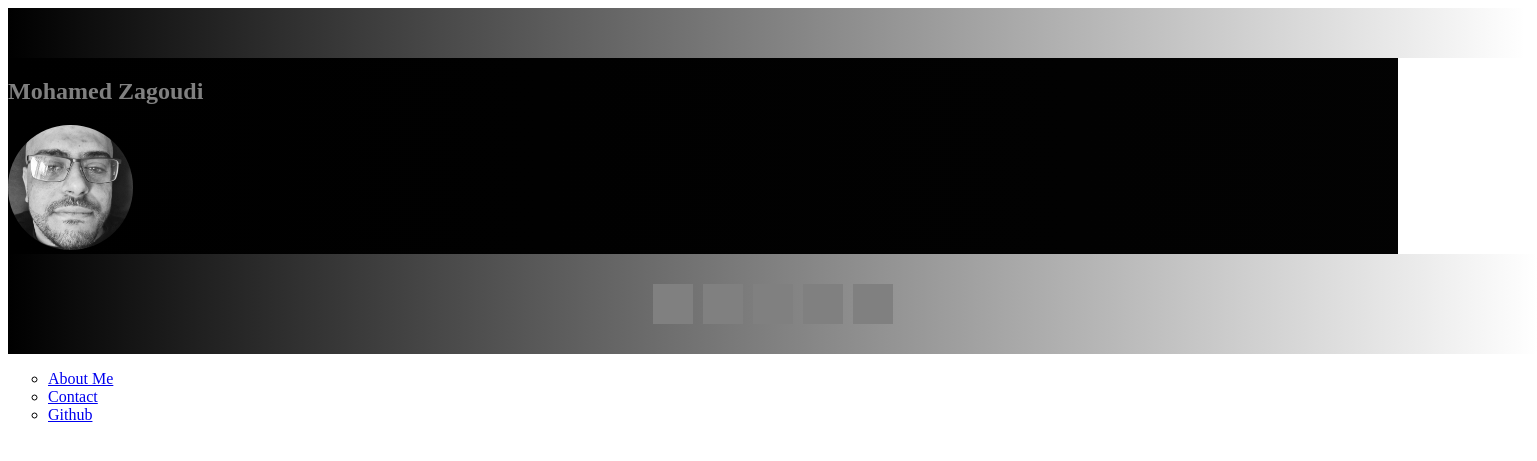
Repository: Mohzagou/Eersteportofolio
Page: index.html
The author's editor kept a copy of each file at every save. The page is drawn from the files as they stood at one save, then again after the next save.
The browser window is 1280 px wide. The page is 1537 px wide, so the pictures cover 1537 px, including what lies to the right of the window. The pictures show the whole page.

Above is the page before, as saved 2022-06-07 22:47:50.

### index.html
<!DOCTYPE html>


<head>
    <link rel="stylesheet" href="styles.css" />
    <meta charset="UTF-8">

    <title>Document</title>
</head>

<body>

    <header></header>
    <div class="about-me">
        <h2 id="name">Mohamed Zagoudi</h2>
        <img class="avatar" src="images/67gwzvy.jpeg" alt="Mohamed Zagoudi headshot">


        <section>
            <div class="test"></div>
            <div class="test"></div>
            <div class="test"></div>
            <div class="test"></div>
            <div class="test"></div>
        </section>
        <footer>
            <ul style="list-style-type: circle ">
                <li><a href=" ">About Me</a></li>
                <li><a href=" ">Contact</a></li>
                <li><a href="https://github.com/Mohzagou ">Github</a></li>

            </ul>

        </footer>



</body>



</html>

### styles.css
body {
    display: flex;
    flex-direction: column;
}

header {
    width: 120%;
    height: 50px;
    background-image: linear-gradient(to right, black, grey, white);
    /*background-color: rgb(113, 74, 145);*/
}

section {
    width: 110%;
    height: 100px;
    background-image: linear-gradient(to right, black, grey, white);
    background-color: #234def;
    display: flex;
    align-items: center;
    justify-content: center;
}

.about-me {
    width: 110%;
    height: 200px;
    background-image: repeating-linear-gradient(to right, black, grey, white 9840%);
    /*background-color: rgb(177, 69, 21, 0.8);*/
    /*margin: 10px 0 10px 0;
    border: solid black 10px;
    border-radius: 15px;*/
}

.avatar {
    width: 125px;
    border-radius: 62px;
}

#name {
    color: grey;
}

.test {
    width: 40px;
    height: 40px;
    background-color: grey;
    margin: 5px;
}

After the next save:
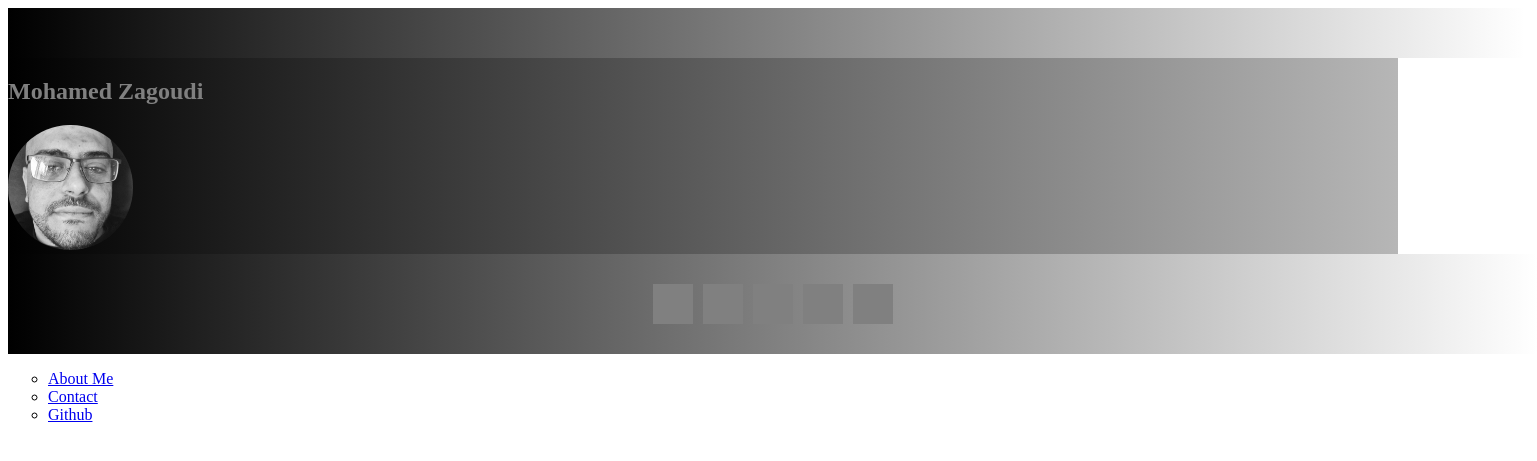
Saved 7 s later.
--- a/styles.css
+++ b/styles.css
@@ -23,7 +23,7 @@ section {
 .about-me {
     width: 110%;
     height: 200px;
-    background-image: repeating-linear-gradient(to right, black, grey, white 9840%);
+    background-image: repeating-linear-gradient(to right, black, grey, white 140%);
     /*background-color: rgb(177, 69, 21, 0.8);*/
     /*margin: 10px 0 10px 0;
     border: solid black 10px;
